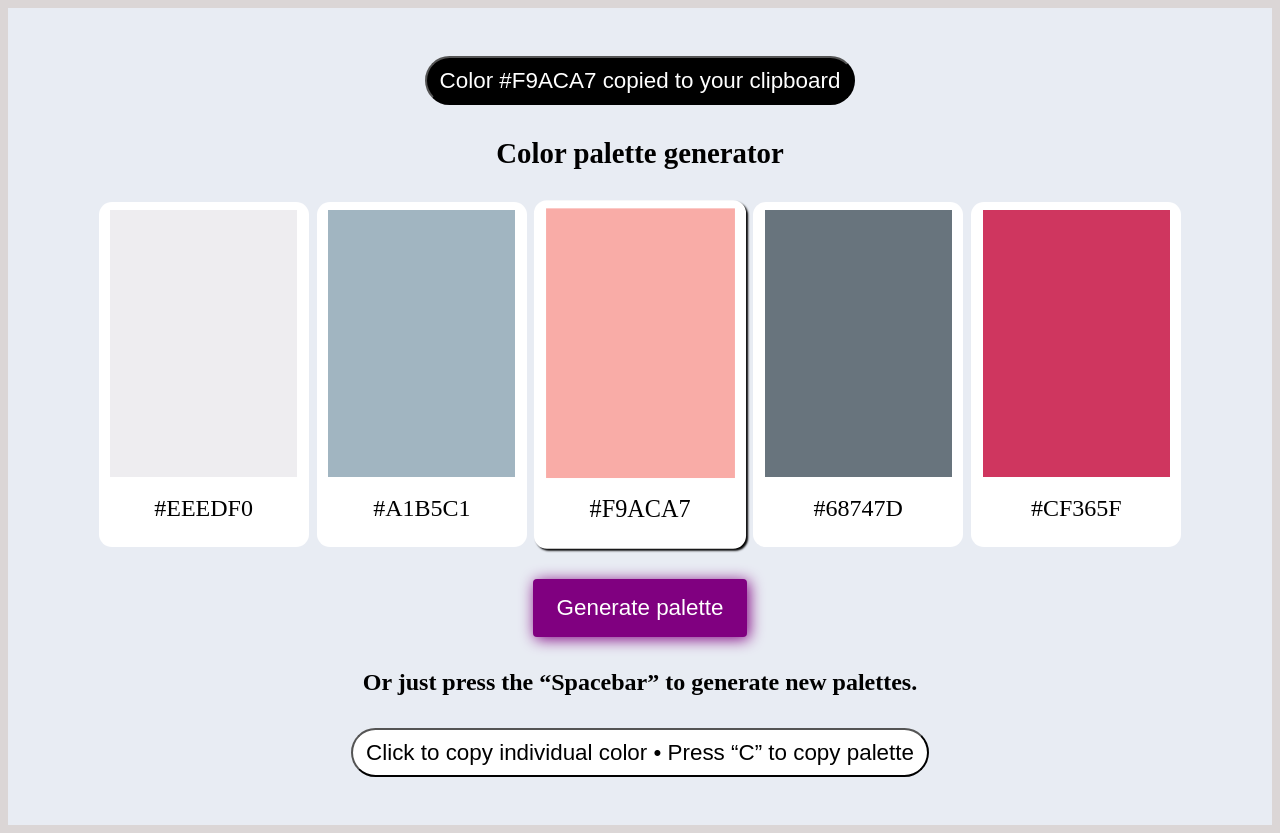
Repository: Hcmwebs/Color-Palette-Generator
Page: index.html
These files come from the project's save history. The page is drawn as it stood at one moment and after the next save; the edit follows.
The browser window is 1280 px wide. The pictures show the whole page.

Above is the page before, as saved 2020-07-07 11:51:55.

After the next save:
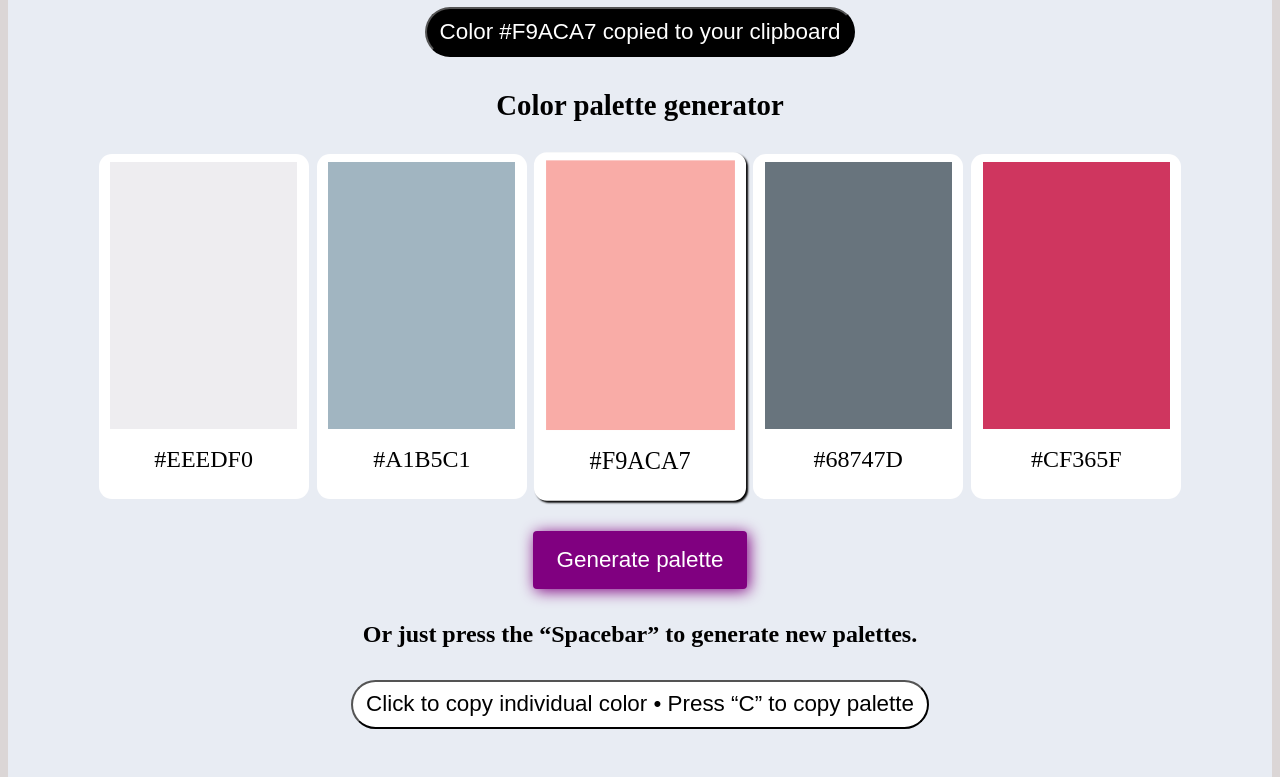
Saved 15 s later.
--- a/styles.css
+++ b/styles.css
@@ -7,6 +7,7 @@
 body{
     font-weight: 300;
     font-size: 10px;
+    height: 100vh;
     display: flex;
     flex-direction: column;
     justify-content: center;

After the 5 saves that followed:
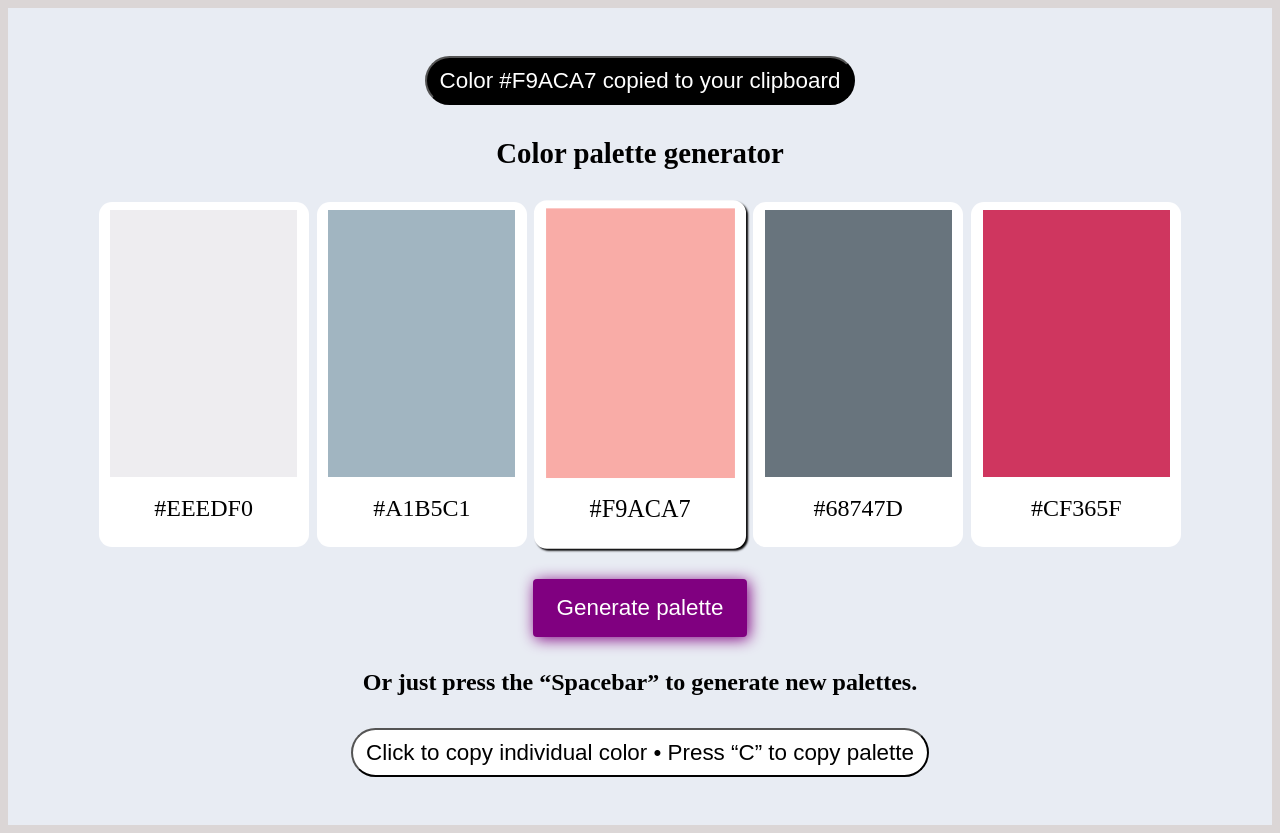
The 5 saves are shown as one change because 4 left the picture as it was.
The last was saved 6 min 22 s later.
--- a/styles.css
+++ b/styles.css
@@ -7,7 +7,6 @@
 body{
     font-weight: 300;
     font-size: 10px;
-    height: 100vh;
     display: flex;
     flex-direction: column;
     justify-content: center;
@@ -126,7 +125,7 @@
     background-color: #fff;
     color:#000;
 }
-@media(max-width: 900px){
+@media(max-width: 1100px){
     .container{
         width: 100%;
         margin: 0 auto;
